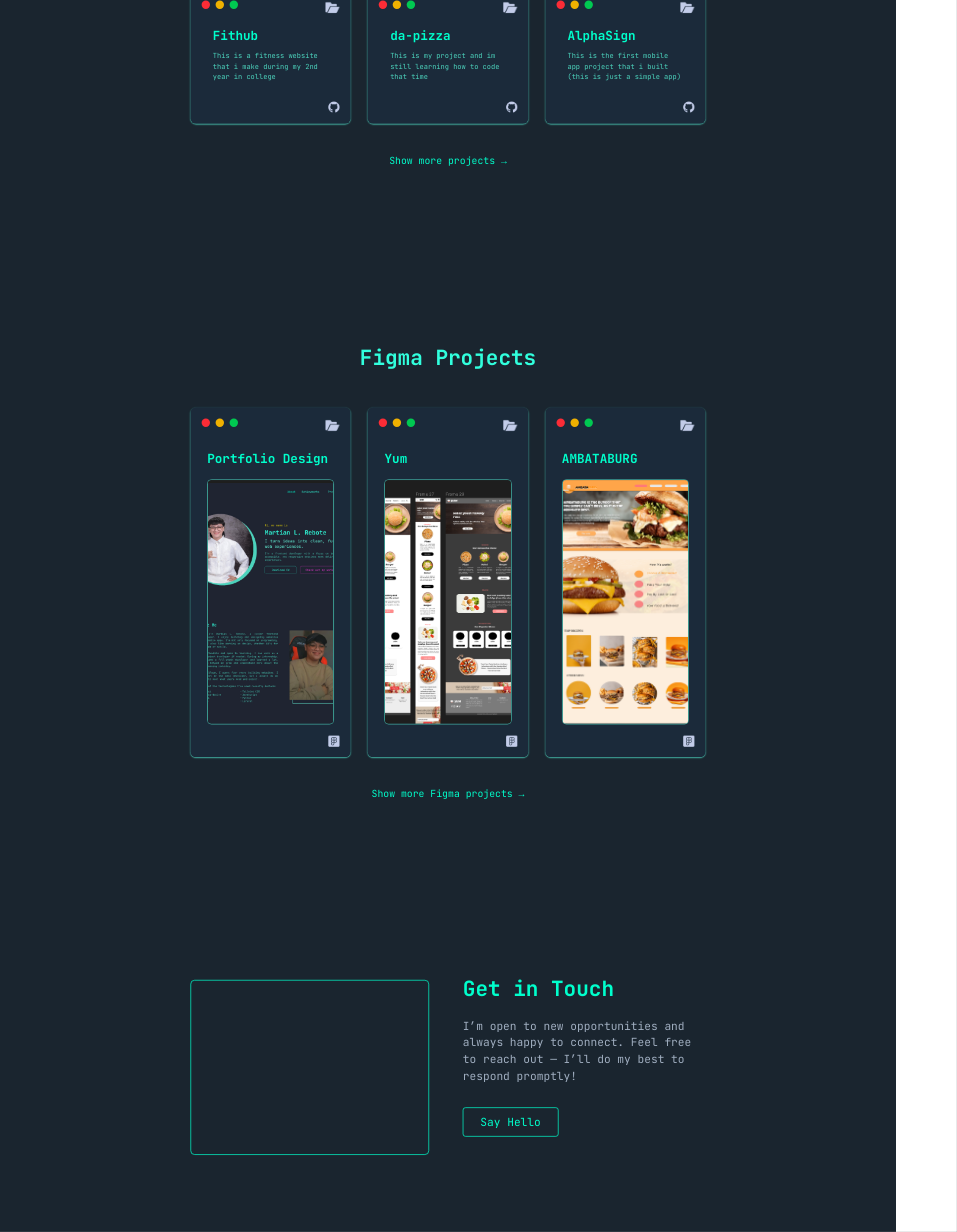
Repository: m4rsu-code/Portfolio
Page: / (app in my-portfolio/)
An editor plug-in stored every save of this project. The page is shown before and after the next save, followed by the edit.
The browser window is 1280 px wide. The page is 1367 px wide, so the pictures cover 1367 px, including what lies to the right of the window. The pictures show the part of the page from y = 3207 to 4967 px (the page is 4967 px tall before and 4955 px after), at 70% of full size.
The project was rebuilt for these pictures with package versions that can differ from the ones it lists, and the page was loaded fresh each time. Also part of the build but not shown: my-portfolio/vite.config.js, my-portfolio/src/assets/components/Modal/AchievementModal.jsx, my-portfolio/src/AchievementsPage.jsx, my-portfolio/src/ProjectPage.jsx, my-portfolio/src/FigmaProjectsPage.jsx.

Above is the page before, as saved 2025-08-04 18:15:54.

### my-portfolio/src/main.jsx
import { StrictMode } from "react";
import { createRoot } from "react-dom/client";
import { BrowserRouter as Router, Routes, Route } from "react-router-dom";
import "./assets/CSS/index.css";
import App from "./App.jsx";
import AchievementsPage from "./AchievementsPage.jsx";
import ProjectPage from "./ProjectPage.jsx";
import FigmaProjectsPage from "./FigmaProjectsPage.jsx";
import ScrollToTop from "./assets/components/ScrollToTop.jsx";

createRoot(document.getElementById("root")).render(
  <StrictMode>
    <Router>
      <ScrollToTop />
      <Routes>
        <Route path="/" element={<App />} />
        <Route path="/achievements" element={<AchievementsPage />} />
        <Route path="/projects" element={<ProjectPage />} />
        <Route path="/figma-projects" element={<FigmaProjectsPage />} />
      </Routes>
    </Router>
  </StrictMode>
);

### my-portfolio/src/assets/CSS/index.css
@import "tailwindcss";

@layer base {
  .font-jetbrains-mono {
    font-family: 'JetBrains Mono', monospace;
  }
}

### my-portfolio/src/App.jsx
import { useState } from 'react';
import { Link } from 'react-router-dom';
import Navbar from './assets/components/Navbar';
import AchievementModal from './assets/components/Modal/AchievementModal';
import './assets/CSS/animation.css';
import { achievements, projects, figmaProjects } from './assets/components/data';
import ScrollToTopButton from './assets/components/ScrollToTopButton';

function App() {
  const [isModalOpen, setIsModalOpen] = useState(false);
  const [selectedAchievement, setSelectedAchievement] = useState(null);

  const openModal = (achievement) => {
    setSelectedAchievement(achievement);
    setIsModalOpen(true);
  };

  const closeModal = () => {
    setIsModalOpen(false);
    setSelectedAchievement(null);
  };

  return (
    <div className='min-h-screen bg-[#1A252F]'>
      <Navbar />
      <ScrollToTopButton />
      <div className='w-full px-60 py-10'>
        {/* Introduction Section */}
        <div className="flex flex-col items-center justify-center mt-30">
          <div className="flex flex-col md:flex-row items-center justify-center gap-35 px-8 py-16">
            {/* Image with Glowing Effect */}
            <div className="relative">
              <div className="rounded-full border-[2px] border-[#00FFCC] overflow-hidden w-[500px] h-[500px] animate-glow">
                <img
                  src="/Images/me.png"
                  alt="Martian L. Rebote"
                  className="object-cover w-full h-full"
                />
              </div>
            </div>

            {/* Text Content */}
            <div className="text-center md:text-left font-jetbrains-mono">
              <div className='w-full md:w-[750px]'>
                <p className="text-[#FFEA00] text-[18px]">Hi, my name is</p>
                <h1 className="text-[#00FFCC] text-[45px] font-bold mt-2">Martian L. Rebote</h1>
                <p className="text-base text-[30px] font-bold text-[#57CDB9] mt-4">
                  I turn ideas into clean, functional web experiences.
                </p>
                <p className="mt-4 text-[#4CD2BC] leading-relaxed text-[18px]">
                  I’m a frontend developer with a focus on building fast, accessible, and responsive websites that deliver great user experiences.
                </p>
              </div>

              <div className="mt-6 flex flex-col sm:flex-row items-center gap-4">
                <a href="/Martian_Rebote_CV.pdf" className="border border-[#00FFCC] px-5 py-2 rounded-md text-[#00FFCC] hover:bg-[#00FFCC] hover:text-black transition-colors">
                  Download CV
                </a>
                <a href="#projects" className="border border-[#FF38E5] px-5 py-2 rounded-md text-[#FF38E5] hover:bg-[#FF38E5] hover:text-black transition-colors">
                  Check out my work!
                </a>
              </div>
            </div>
          </div>
        </div>

        {/* About Me Section */}
        <div id="about" className="flex flex-col mt-30">
          <div className='flex flex-col md:flex-row items-center justify-between gap-10 px-8 py-16'>
            <div className='w-full md:w-[800px] text-left font-jetbrains-mono'>
              <h2 className='text-[#31FFDD] text-[30px] font-bold mb-7'>About Me</h2>
              <div className='w-full md:w-[900px] text-justify px-5'>
                <p className='text-[#4CD2BC] text-[18px] mt-4'>
                  Hi, I’m Martian L. Rebote, a junior frontend developer. I enjoy building and designing websites and mobile apps. I’m not only focused on programming, but I also like working on design, whether it’s for the web or mobile.
                </p>
                <p className='text-[#4CD2BC] text-[18px] mt-4'>
                  I’m flexible and open to learning. I can work as a full-stack developer if needed. During my internship, I became a full-stack developer and learned a lot, which helped me grow and understand more about the programming industry.
                </p>
                <p className='text-[#4CD2BC] text-[18px] mt-4'>
                  Some of the technologies I’ve used recently include:
                </p>

                <div className='flex flex-col sm:flex-row gap-10 mt-4'>
                  <ul className='text-[#4CD2BC] text-[18px] mt-2 list-disc pl-5'>
                    <li>React</li>
                    <li>React-Native</li>
                    <li>HTML</li>
                    <li>CSS</li>
                  </ul>
                  <ul className='text-[#4CD2BC] text-[18px] mt-2 list-disc pl-5'>
                    <li>Tailwind CSS</li>
                    <li>JavaScript</li>
                    <li>Python</li>
                    <li>Laravel</li>
                  </ul>
                </div>
              </div>
            </div>

            <div className="relative image-container w-[380px] h-[450px] group cursor-pointer">
              <div className="absolute left-5 w-full h-full border-3 border-[#00FFCC] rounded-[10px] uneven-box z-0 transition-transform duration-300 ease-in-out"></div>
              <div className="relative z-10 rounded-[10px] overflow-hidden w-full h-full transition-transform duration-300 ease-in-out group-hover:translate-x-[-10px] group-hover:translate-y-[-10px]">
                <img
                  src="/Images/me2.jpg"
                  alt="Martian L. Rebote"
                  className="object-cover w-full h-full"
                />
              </div>
            </div>
          </div>
        </div>

        {/* Achievements Section */}
        <div id="achievements" className="flex flex-col mt-30 px-8 py-16 font-jetbrains-mono">
          <h2 className="text-[#31FFDD] text-[30px] font-bold mb-12">Notable Achievements</h2>

          {/* Cards Grid - Limited to first 2 achievements */}
          <div>
            {/* First Row */}
            <div className="grid md:grid-cols-2 gap-10">
              {/* Left card (code-like box with image) */}
              <div className="bg-[#1B2A3A] rounded-lg p-4 flex flex-col h-96">
                <div className="flex gap-2 mb-4">
                  <div className="w-3 h-3 bg-red-500 rounded-full"></div>
                  <div className="w-3 h-3 bg-yellow-500 rounded-full"></div>
                  <div className="w-3 h-3 bg-green-500 rounded-full"></div>
                </div>
                <div
                  className="border border-[#4CD2BC] rounded-md flex-grow overflow-hidden group cursor-pointer"
                  onClick={() => openModal(achievements[0])}
                >
                  <img
                    src={achievements[0].image}
                    alt="Achievement Image"
                    className="w-full h-full object-cover transition-transform duration-300 ease-in-out group-hover:scale-110"
                  />
                </div>
              </div>

              {/* Right card (trophy + achievement with text) */}
              <div className="flex flex-col h-64">
                <p className="text-[#31FFDD] text-sm mb-2">Featured Achievement</p>
                <h3 className="text-[#31FFDD] text-lg font-bold flex items-center gap-2">
                  🏆 {achievements[0].title}
                </h3>
                <div className="border border-[#4CD2BC] rounded-md flex-grow mt-4 p-4 text-[#4CD2BC] text-sm overflow-auto">
                  {achievements[0].description}
                </div>
                <p className="text-[#4CD2BC] text-sm mt-2">Date: {achievements[0].date}</p>
              </div>
            </div>

            {/* Second Row */}
            <div className="grid md:grid-cols-2 gap-10 mt-10">
              {/* Left card (trophy + achievement with text) */}
              <div className="flex flex-col h-64">
                <p className="text-[#31FFDD] text-sm mb-2">Featured Achievement</p>
                <h3 className="text-[#31FFDD] text-lg font-bold flex items-center gap-2">
                  🏆 {achievements[1].title}
                </h3>
                <div className="border border-[#4CD2BC] rounded-md flex-grow mt-4 p-4 text-[#4CD2BC] text-sm overflow-auto">
                  {achievements[1].description}
                </div>
                <p className="text-[#4CD2BC] text-sm mt-2">Date: {achievements[1].date}</p>
              </div>

              {/* Right card (code-like box with image) */}
              <div className="bg-[#1B2A3A] rounded-lg p-4 flex flex-col h-96">
                <div className="flex gap-2 mb-4">
                  <div className="w-3 h-3 bg-red-500 rounded-full"></div>
                  <div className="w-3 h-3 bg-yellow-500 rounded-full"></div>
                  <div className="w-3 h-3 bg-green-500 rounded-full"></div>
                </div>
                <div
                  className="border border-[#4CD2BC] rounded-md flex-grow overflow-hidden group cursor-pointer"
                  onClick={() => openModal(achievements[1])}
                >
                  <img
                    src={achievements[1].image}
                    alt="Achievement Image"
                    className="w-full h-full object-cover transition-transform duration-300 ease-in-out group-hover:scale-110"
                  />
                </div>
              </div>
            </div>
          </div>

          {/* Show more link */}
          <div className="text-center mt-10">
            <Link
                to="/achievements"
                state={{ achievements }}
                className="text-[#31FFDD] text-sm hover:underline"
              >
                Show more achievements →
              </Link>
          </div>
        </div>

        {/* Project Section */}
        <div id='projects' className="flex flex-col mt-30 px-8 py-16 font-jetbrains-mono">
          <h2 className="text-[#31FFDD] text-[30px] text-center font-bold mb-12">Featured Projects</h2>
          <div className="grid grid-cols-1 sm:grid-cols-2 lg:grid-cols-3 gap-6">
            {projects.slice(0, 6).map((project) => (
              <div
                key={project.id}
                className="bg-[#1B2A3A] rounded-lg p-4 flex flex-col h-48 relative group shadow-xs shadow-[#4CD2BC] cursor-pointer transform transition-transform duration-300 ease-in-out hover:-translate-y-2"
              >
                <div className="flex gap-2">
                  <div className="w-3 h-3 bg-red-500 rounded-full"></div>
                  <div className="w-3 h-3 bg-yellow-500 rounded-full"></div>
                  <div className="w-3 h-3 bg-green-500 rounded-full"></div>
                  <div className="justify-end ml-auto">
                    <img src="/Images/open-folder.png" alt="Folder Icon" className="w-5 h-5" />
                  </div>
                </div>
                <div className="text-left rounded-md flex-grow p-4">
                  <h3 className="text-[#00FFCC] text-[18px] font-bold mb-2">{project.title}</h3>
                  <p className="text-[#4CD2BC] text-[10px]">{project.description}</p>
                </div>
                <div className="flex justify-end gap-2">
                  {project.githubLink ? (
                    <a href={project.githubLink} target="_blank" rel="noopener noreferrer" aria-label={`View ${project.title} on GitHub`}>
                      <img
                        src="/Images/github.png"
                        alt="GitHub Icon"
                        className="w-4 h-4 hover:invert hover:brightness-0 hover:sepia hover:saturate-[100%]"
                      />
                    </a>
                  ) : (
                    <img
                      src="/Images/github.png"
                      alt="GitHub Icon"
                      className="w-4 h-4 hover:invert hover:brightness-0 hover:sepia hover:saturate-[100%]"
                    />
                  )}
                  {project.title === 'Portfolio' && project.link && (
                    <a href={project.link} target="_blank" rel="noopener noreferrer" aria-label="View Portfolio Website">
                      <img
                        src="/Images/link.png"
                        alt="Link Icon"
                        className="w-4 h-4 hover:invert hover:brightness-0 hover:sepia hover:saturate-[100%]"
                      />
                    </a>
                  )}
                </div>
              </div>
            ))}
          </div>

          {projects.length > 6 && (
            <div className="text-center mt-10">
              <Link
                to="/projects"
                state={{ projects }}
                className="text-[#00FFCC] text-sm hover:underline"
              >
                Show more projects →
              </Link>
            </div>
          )}
        </div>

        {/* Figma Projects Section */}
        <div className="flex flex-col mt-30 px-8 py-16 font-jetbrains-mono">
          <h2 className="text-[#31FFDD] text-[30px] text-center font-bold mb-12">Figma Projects</h2>
          <div className="grid grid-cols-1 sm:grid-cols-2 lg:grid-cols-3 gap-6">
            {figmaProjects.slice(0, 3).map((project) => (
              <div
                key={project.id}
                className="bg-[#1B2A3A] rounded-lg p-4 flex flex-col h-[500px] relative group shadow-xs shadow-[#4CD2BC] cursor-pointer transform transition-transform duration-300 ease-in-out hover:-translate-y-2"
              >
                {/* Header with window controls and folder icon */}
                <div className="flex gap-2 mb-4">
                  <div className="w-3 h-3 bg-red-500 rounded-full"></div>
                  <div className="w-3 h-3 bg-yellow-500 rounded-full"></div>
                  <div className="w-3 h-3 bg-green-500 rounded-full"></div>
                  <div className="justify-end ml-auto">
                    <img src="/Images/open-folder.png" alt="Folder Icon" className="w-5 h-5" />
                  </div>
                </div>

                {/* Project Title */}
                <div className="flex items-start justify-start p-2">
                  <h3 className="text-[#00FFCC] text-[18px] font-bold">{project.title}</h3>
                </div>

                {/* Image with Border and No Overlap */}
                <div className="flex-grow flex items-center justify-center p-2">
                  <div className="border border-[#4CD2BC] rounded-md w-full h-[350px] overflow-hidden ">
                    <img
                      src={project.image}
                      alt={`${project.title} Image`}
                      className="w-full h-full object-cover"
                      onError={(e) => (e.target.src = '/Images/fallback.png')}
                      loading="lazy"
                    />
                  </div>
                </div>

                {/* Figma Link */}
                <div className="flex justify-end gap-2 mt-2">
                  {project.figmaLink && (
                    <a
                      href={project.figmaLink}
                      target="_blank"
                      rel="noopener noreferrer"
                      aria-label={`View ${project.title} on Figma`}
                    >
                      <img
                        src="/Images/figma.png"
                        alt="Figma Icon"
                        className="w-4 h-4 hover:invert hover:brightness-0 hover:sepia hover:saturate-[100%]"
                      />
                    </a>
                  )}
                </div>
              </div>
            ))}
          </div>
          {figmaProjects.length > 3 && (
            <div className="text-center mt-10">
              <Link
                to="/figma-projects"
                state={{ figmaProjects }}
                className="text-[#00FFCC] text-sm hover:underline"
              >
                Show more Figma projects →
              </Link>
            </div>
          )}
        </div>

        {/* Contact section */}
        <div className="flex flex-col mt-30 px-8 py-16 font-jetbrains-mono">
          <div className="flex flex-col md:flex-row items-center justify-center gap-12 max-w-6xl w-full">

            {/* Left side — the outlined box */}
            <div className="border border-[#00FFCC] md:w-[440px] md:h-[250px] rounded-md"></div>

            {/* Right side — text, button, and icons */}
            <div className="text-center md:text-left">
              <h2 className="text-[#00FFCC] text-2xl md:text-3xl font-bold mb-6">Get in Touch</h2>
              <p className="text-[#A0AEC0] text-sm md:text-base mb-8 max-w-md">
                I’m open to new opportunities and always happy to connect. Feel free to reach out — I’ll do my best to respond promptly!
              </p>
              <button className="border border-[#00FFCC] text-[#00FFCC] px-6 py-2 rounded hover:bg-[#00FFCC] hover:text-[#131A26] transition duration-300 mb-8">
                Say Hello
              </button>

              {/* Social icons */}
              <div className="flex items-center justify-center md:justify-start gap-4 text-[#A0AEC0]">
                <a href="#" className="hover:text-[#00FFCC]">
                  <i className="fab fa-facebook text-2xl"></i>
                </a>
                <a href="#" className="hover:text-[#00FFCC]">
                  <i className="fab fa-instagram text-2xl"></i>
                </a>
                <a href="#" className="hover:text-[#00FFCC]">
                  <i className="fab fa-x-twitter text-2xl"></i>
                </a>
                <a href="#" className="hover:text-[#00FFCC]">
                  <i className="fab fa-linkedin text-2xl"></i>
                </a>
              </div>
            </div>
          </div>
        </div>


        {/* Modal */}
        {isModalOpen && selectedAchievement && (
          <AchievementModal
            image={selectedAchievement.image}
            title={selectedAchievement.title}
            description={selectedAchievement.description}
            date={selectedAchievement.date}
            onClose={closeModal}
          />
        )}
      </div>
    </div>
  );
}

export default App;

### my-portfolio/src/assets/components/ScrollToTop.jsx
import { useEffect } from 'react';
import { useLocation } from 'react-router-dom';

const ScrollToTop = () => {
  const { pathname } = useLocation();

  useEffect(() => {
    // Scrolls to the top of the window on pathname change
    window.scrollTo(0, 0);
  }, [pathname]);

  return null;
};

export default ScrollToTop;

### my-portfolio/src/assets/components/Navbar.jsx
import React from 'react';
import '../CSS/Navbar.css'; // Import the CSS for styling

function Navbar() {
  return (
    <nav className="w-full px-10 py-4 flex justify-between items-center fixed top-0 left-0 z-50 bg-transparent backdrop-blur-md font-jetbrains-mono">
      {/* Logo on the left */}
      <a href="/" className='text-3xl font-bold text-[#FF38E5] cursor-pointer'>m4rsu</a>
      {/* Navigation links on the right */}
      <div className='flex gap-10 text-base'>
        <a href='#about' className='text-[#31FFDD] text-[15px] font-light nav-link'>About</a>
        <a href='#achievements' className='text-[#31FFDD] text-[15px] font-light nav-link'>Achievements</a>
        <a href='#projects' className='text-[#31FFDD] text-[15px] font-light nav-link'>Projects</a>
        <a href='#contact' className='text-[#31FFDD] text-[15px] font-light nav-link'>Contact</a>
      </div>
    </nav>
  );
}

export default Navbar;

### my-portfolio/src/assets/CSS/animation.css
@keyframes glow {
  0% {
    box-shadow: 0 0 5px #00FFCC, 0 0 10px #00FFCC, 0 0 15px #00FFCC, 0 0 20px #00FFCC;
  }
  50% {
    box-shadow: 0 0 10px #00FFCC, 0 0 20px #00FFCC, 0 0 30px #00FFCC, 0 0 40px #00FFCC;
  }
  100% {
    box-shadow: 0 0 5px #00FFCC, 0 0 10px #00FFCC, 0 0 15px #00FFCC, 0 0 20px #00FFCC;
  }
}

@keyframes glow {
  0% {
    box-shadow: 0 0 5px #00FFCC, 0 0 10px #00FFCC;
  }
  50% {
    box-shadow: 0 0 15px #00FFCC, 0 0 25px #00FFCC;
  }
  100% {
    box-shadow: 0 0 5px #00FFCC, 0 0 10px #00FFCC;
  }
}

.animate-glow {
  animation: glow 2s ease-in-out infinite;
}

.uneven-box {
  transform: translateY(20px); /* move it downward initially */

  transition: transform 0.3s ease-in-out;
}

.image-container:hover .uneven-box {
  transform: translateY(30px); /* move it further down on hover */
}

### my-portfolio/src/assets/CSS/Navbar.css
.nav-link {
  position: relative;
  text-decoration: none;
}

.nav-link::after {
  content: '';
  position: absolute;
  width: 100%;
  height: 2px;
  bottom: -2px;
  left: 0;
  background-color: #31FFDD;
  transform: scaleX(0);
  transform-origin: bottom right;
  transition: transform 0.3s ease-in-out;
}

.nav-link:hover::after {
  transform: scaleX(1);
  transform-origin: bottom left;
}

Loaded but not shown: my-portfolio/index.html (common file); my-portfolio/src/assets/components/data.jsx (105 lines, source omitted); my-portfolio/src/assets/components/ScrollToTopButton.jsx (68 lines, source omitted)

After the next save:
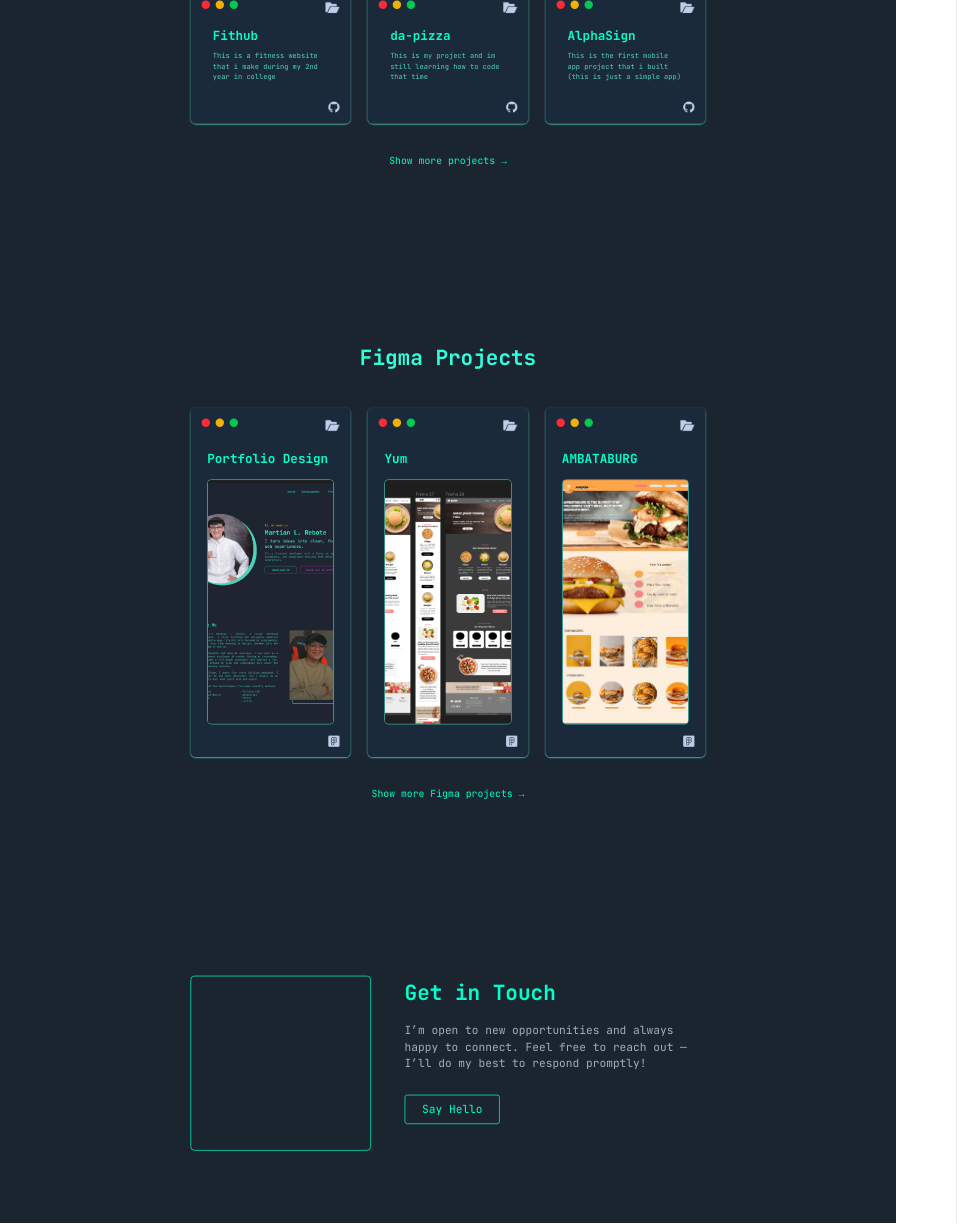
Saved 21 s later.
--- a/my-portfolio/src/App.jsx
+++ b/my-portfolio/src/App.jsx
@@ -339,7 +339,7 @@ function App() {
             <div className="border border-[#00FFCC] md:w-[440px] md:h-[250px] rounded-md"></div>
 
             {/* Right side — text, button, and icons */}
-            <div className="text-center md:text-left">
+            <div className="w-full text-center md:text-left">
               <h2 className="text-[#00FFCC] text-2xl md:text-3xl font-bold mb-6">Get in Touch</h2>
               <p className="text-[#A0AEC0] text-sm md:text-base mb-8 max-w-md">
                 I’m open to new opportunities and always happy to connect. Feel free to reach out — I’ll do my best to respond promptly!
